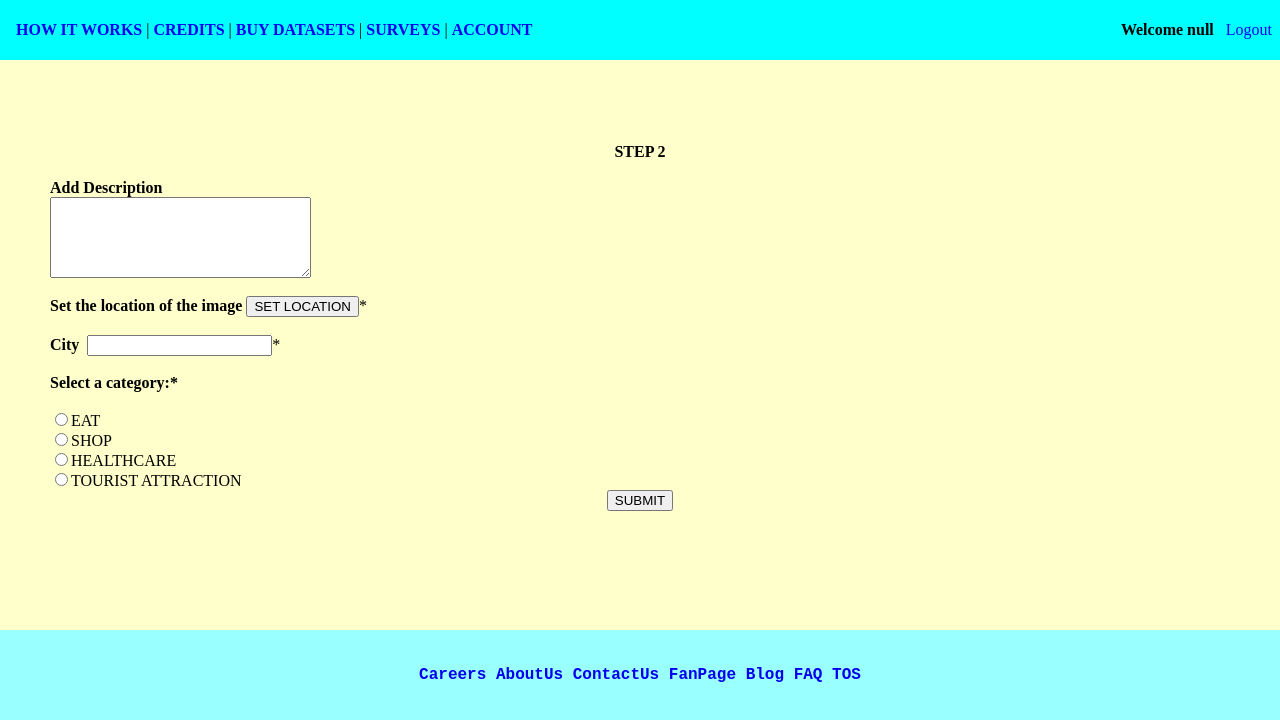
Repository: nicks707/LocoShack_TGMC-project
Page: http://localhost/ram/uploadphoto2.jsp
An editor plug-in stored every save of this project. The page is shown before and after the next save, followed by the edit.
The browser window is 1280 px wide. The pictures show the whole page.
The page is served by Tomcat 9. Queries for data that is not in the repository find no rows.

Above is the page before, as saved 2012-03-20 16:10:39.

After the next save:
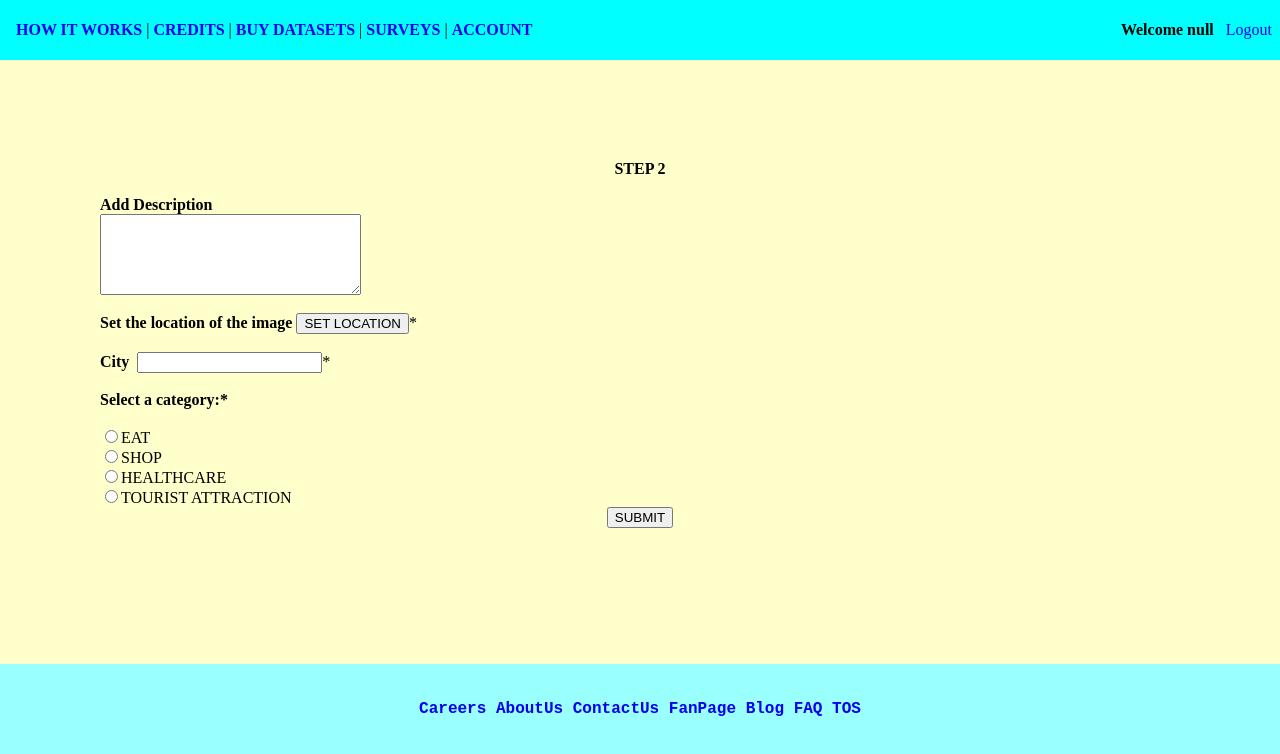
Saved 88 s later.
--- a/ram/WebContent/uploadphoto2.jsp
+++ b/ram/WebContent/uploadphoto2.jsp
@@ -31,7 +31,7 @@ return false;
 <body style="margin-top:0px;margin-left:0px;margin-right:0px">
 <table  width="100%" cellpadding="0" cellspacing="0"   style="background-color:#FFFFCC">
 <tr  height="60px"><td><jsp:include page="header2.jsp"></jsp:include></td></tr>
-<tr><td style="padding:50px;">
+<tr><td style="padding:100px;">
 <center><b>STEP 2</b></center><br/>
 <form action="" onsubmit="return check()" name="myform">
 <b>Add Description</b><br/>
